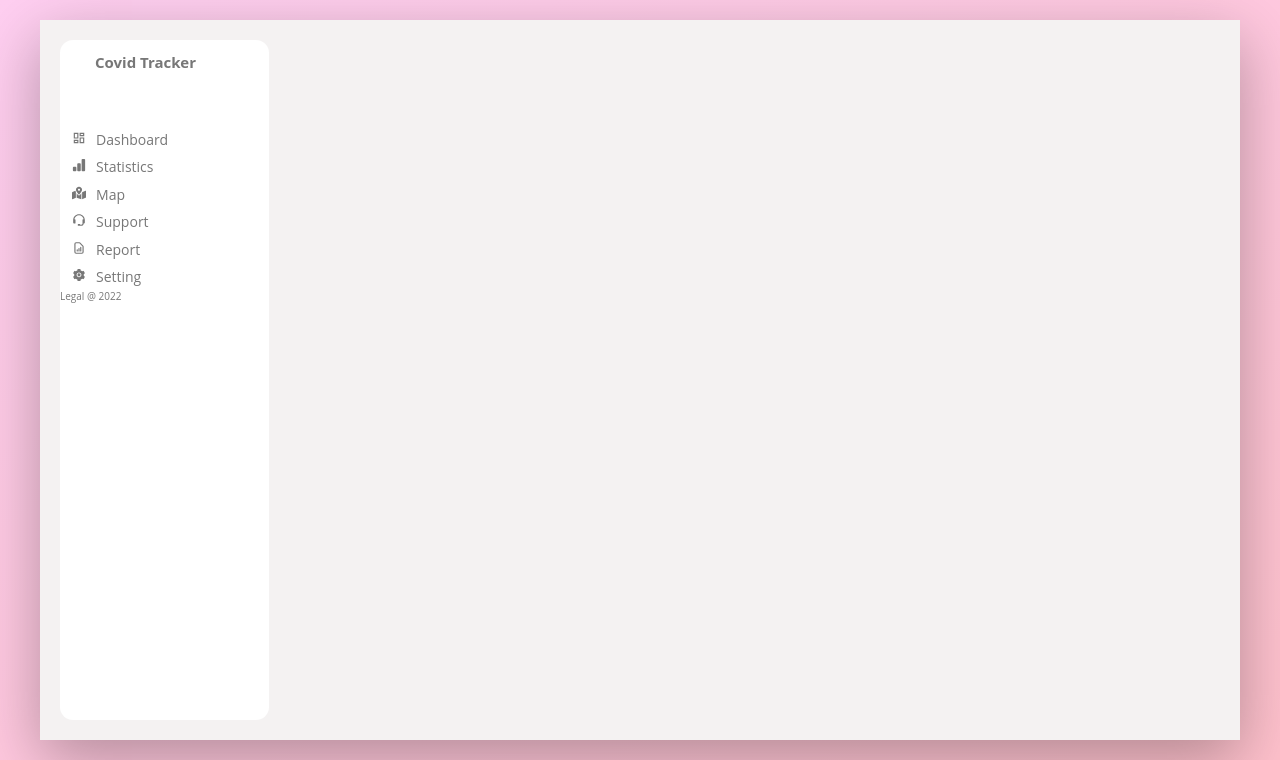
Repository: okidijimmy200/CovidAdminTracker
Page: /
These files come from the project's save history. The page is drawn as it stood at one moment and after the next save; the edit follows.
The browser window is 1280 px wide. The pictures show the whole page.
The project was rebuilt for these pictures with package versions that can differ from the ones it lists, and the page was loaded fresh each time.

Above is the page before, as saved 2022-06-10 09:37:21.

### src/index.scss
:root {
  --color-primary:#eb2f64;
  --color-primary-light:#ffcff1;
  --color-primary-dark:#ffc1cc;
  --color-grey-light-1: #faf9f9;
  --color-grey-light-2: #f4f2f2;
  --color-grey-light-3: #f0eeee;
  --color-grey-light-4: #ccc;
  --color-grey-dark-1: #333;
  --color-grey-dark-2: #777;
  --color-grey-dark-3: #999;

  // creating variable for box
  --shadow-dark: 0 2rem 6rem rgba(0, 0, 0, 0.3);

  --shadow-light: 0 2rem 5rem rgba(0,0,0,.06);
}


* {
  margin: 0;
  padding: 0;
}
*,
*::before,
*::after {
  box-sizing: inherit;
}

html {
  box-sizing: border-box;
  font-size: 62.5%;

}

body {
  font-family: 'Open Sans', sans-serif;
  font-weight: 400;
  line-height: 1.6;
  color: var(--color-grey-dark-2);
  background-image: linear-gradient(to right bottom, var(--color-primary-light), var(--color-primary-dark));
  background-size: cover;
  background-repeat: no-repeat;
  min-height: 79vh;
}

### src/App.tsx
import React from 'react';
import Sidebar from './sidebar/sidebar';
import Content from './core/content';
import './App.scss';

function App() {
  return (
    <div data-testid='container' className="container">
      <div className="content">
      <Sidebar />
      <Content />
      </div>

    </div>
  );
}

export default App;

### src/sidebar/sidebar.tsx
import React from 'react'
import {MdOutlineDashboard  } from 'react-icons/md'
import { BsFillBarChartFill } from 'react-icons/bs'
import { FaMapMarkedAlt } from 'react-icons/fa'
import { BiSupport } from 'react-icons/bi'
import { HiOutlineDocumentReport } from 'react-icons/hi'
import { AiFillSetting } from 'react-icons/ai'

import './sidebar.scss'

export default function sidebar() {
  return (
    <>
    <nav className="sidebar">
        <h2 className='title'>Covid Tracker</h2>
        <div className='sidebar-flex'>

        <ul className="side-nav">
            <li className="side-nav__item side-nav__item--active">
                <span className='side-nav__icon'><MdOutlineDashboard /></span>
                    <span>Dashboard</span>
            </li>
            <li className="side-nav__item">
                {/* <a href="#" class="side-nav__link"> */}
                    <span className="side-nav__icon">
                        <BsFillBarChartFill />
                        {/* <use xlink:href="img/spritspam#icon-aircraft-take-off"></use> */}
                    </span>
                    <span>Statistics</span>
                {/* </a> */}
            </li>
            <li className="side-nav__item">
                {/* <a href="#" class="side-nav__link"> */}
                    <span className="side-nav__icon">
                        <FaMapMarkedAlt />
                        {/* <use xlink:href="img/sprite.svg#icon-key"></use> */}
                    </span>
                    <span>Map</span>
                {/* </a> */}
            </li>
            <li className="side-nav__item">
                {/* <a href="#" className="side-nav__link"> */}
                    <span className="side-nav__icon">
                        {/* <use xlink:href="img/sprite.svg#icon-map"></use> */}
                        <BiSupport />
                    </span>
                    <span>Support</span>
                {/* </a> */}
            </li>
            <li className="side-nav__item">
                {/* <a href="#" className="side-nav__link"> */}
                    <span className="side-nav__icon">
                        {/* <use xlink:href="img/sprite.svg#icon-map"></use> */}
                        <HiOutlineDocumentReport />
                    </span>
                    <span>Report</span>
                {/* </a> */}
            </li>
            <li className="side-nav__item">
                {/* <a href="#" className="side-nav__link"> */}
                    <span className="side-nav__icon">
                        {/* <use xlink:href="img/sprite.svg#icon-map"></use> */}
                        <AiFillSetting />
                    </span>
                    <span>Setting</span>
                {/* </a> */}
            </li>
        </ul>
        <div className="legal">
            Legal @ 2022
        </div>
        </div>
    </nav>
</>
  )
}

### src/core/content.tsx
import React from 'react'

import './content.scss'

export default function Content() {
  return (
    <main className="hotel-view">
    </main>
  )
}

### src/App.scss
.container {
  max-width: 120rem;
  // centering in the view port
  margin: 2rem auto;
  background-color: var(--color-grey-light-2);
  // box-shadow:;
  box-shadow: var(--shadow-dark);

  // min height for testing
  // min-height: 60rem;

}

.content {
  display: flex;
  min-height: 100vh;
  padding: 2rem;
}

### src/sidebar/sidebar.scss

.sidebar {
    // styling the sidebar
    background-color: #fff;
    // flex property to define width, grow 0, shrink 0
    flex: 0 0 18%;
    // to create alot of space in the container for legal text
    border-radius: 1.3rem;
}

.side-nav {
    // adding font size
    font-size: 1.4rem;
    list-style: none;
    margin-top: 3.5rem;

   &__item {
       // parent element set to relative to element the hover effect
       position: relative;
       cursor: pointer;
       margin-left: 1.2rem;

       // to create space btn the items
       &:not(:last-child) {
           margin-bottom: .5rem;
       }
   }

   // this shd be visible only when we hover the item
   &__item:hover::before,
   // to make one of the li items initially highlighted
   &__item--active::before {
       width: 100%;
   }

   // to show the item as selected
   &__item:active::before {
       background-color: #fff;
   }


   &__link:link,
   &__link:visited {
    //    color: var(--color-grey-light-1);
       text-decoration: none;
       text-transform: uppercase;
       display: inline-block;
       padding: 1.5rem 3rem;
       // z-index only works with positioning
       position: relative;
       z-index: 10;
       // to align items in straight line
       display: flex;
       align-items: center;
   }

   &__icon {
       // reduce size of icons
       width: 1.75rem;
       height: 1.75rem;
       margin-right: 1rem;
       // current color is the color of the current element
       fill:currentColor;
   }
}
.sidebar-flex {
    display: flex;
    flex-direction: column;
    justify-content: space-between;
    // height: 90rem;
}
.title {
    padding: 1rem 2rem 2rem 3.5rem;
}

### src/core/content.scss
.hotel-view {
    // background-color: #fff;
    // to make the hotel-view cover up the remaining space
    flex: 1;
    margin-left: 2rem;
}

Loaded but not shown: public/index.html (common file); src/index.tsx (common file); src/reportWebVitals.ts (common file)

After the next save:
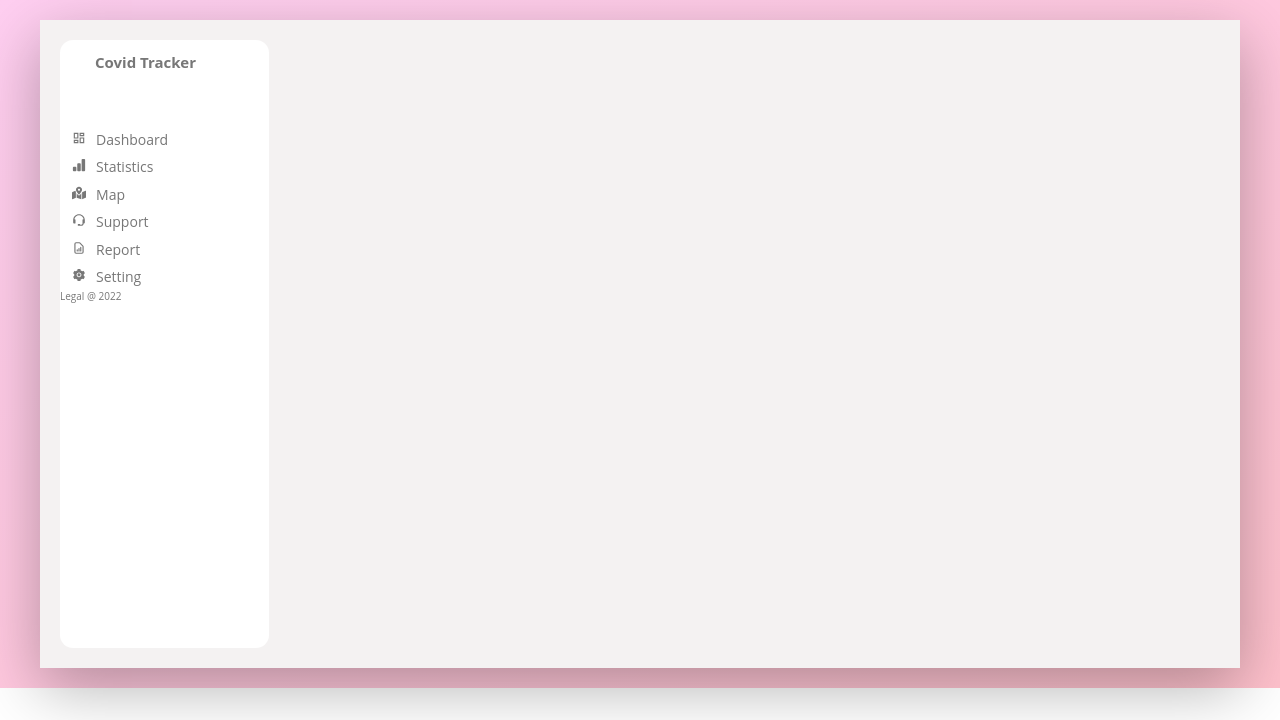
Saved 67 s later.
--- a/src/App.scss
+++ b/src/App.scss
@@ -13,6 +13,6 @@
 
 .content {
   display: flex;
-  min-height: 100vh;
+  min-height: 90vh;
   padding: 2rem;
 }
